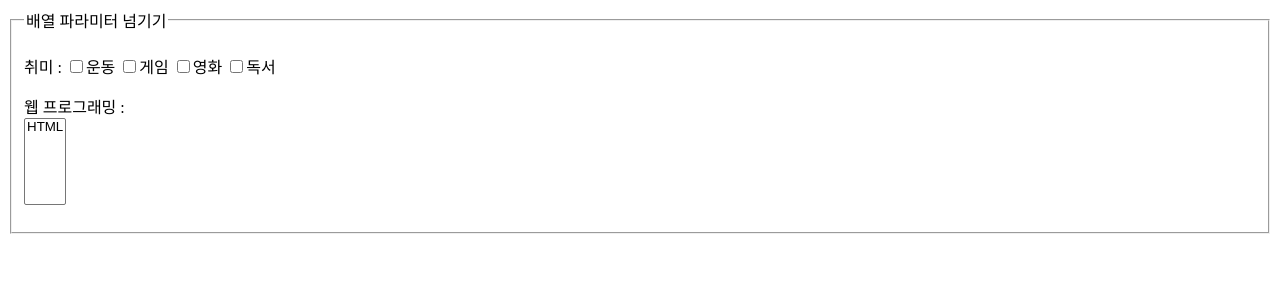
Repository: Kebiskim/2023_jspStudy
Page: 01_servlet/src/main/webapp/view/Ex09.html
An editor plug-in stored every save of this project. The page is shown before and after the next save, followed by the edit.
The browser window is 1280 px wide. The pictures show the whole page.

Above is the page before, as saved 2023-07-03 01:51:05.

### 01_servlet/src/main/webapp/view/Ex09.html
<!DOCTYPE html>
<html>
<head>
<meta charset="UTF-8">
<title>Insert title here</title>
</head>
<body>
	<form action="/01_servlet_Ex09" method="post">
		<fieldset>
			<legend>배열 파라미터 넘기기</legend>
			<p>
				취미 :
				<input type="checkbox" name="hobby" value="운동">운동
				<input type="checkbox" name="hobby" value="게임">게임
				<input type="checkbox" name="hobby" value="영화">영화
				<input type="checkbox" name="hobby" value="독서">독서
			</p>
			<p>웹 프로그래밍 : <br>
				<select name="web" multiple size="5">
					<option>HTML</option>
				</select>
		</fieldset>
	</form>

</body>
</html>

After the next save:
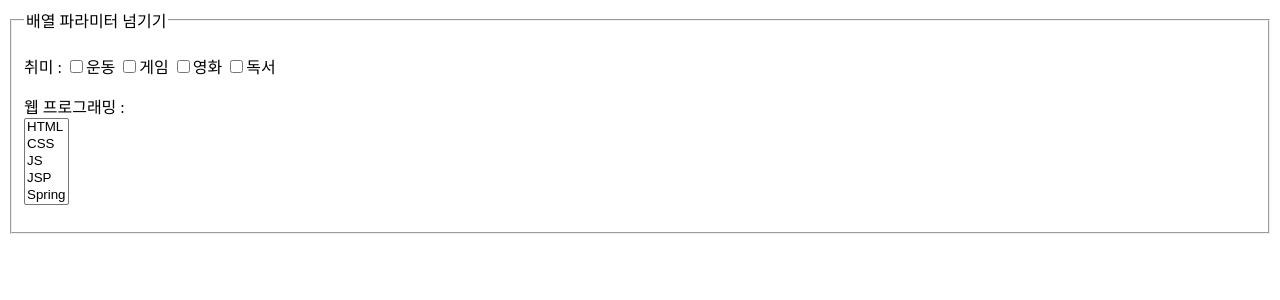
Saved 14 s later.
--- a/01_servlet/src/main/webapp/view/Ex09.html
+++ b/01_servlet/src/main/webapp/view/Ex09.html
@@ -18,6 +18,10 @@
 			<p>웹 프로그래밍 : <br>
 				<select name="web" multiple size="5">
 					<option>HTML</option>
+					<option>CSS</option>
+					<option>JS</option>
+					<option>JSP</option>
+					<option>Spring</option>
 				</select>
 		</fieldset>
 	</form>
